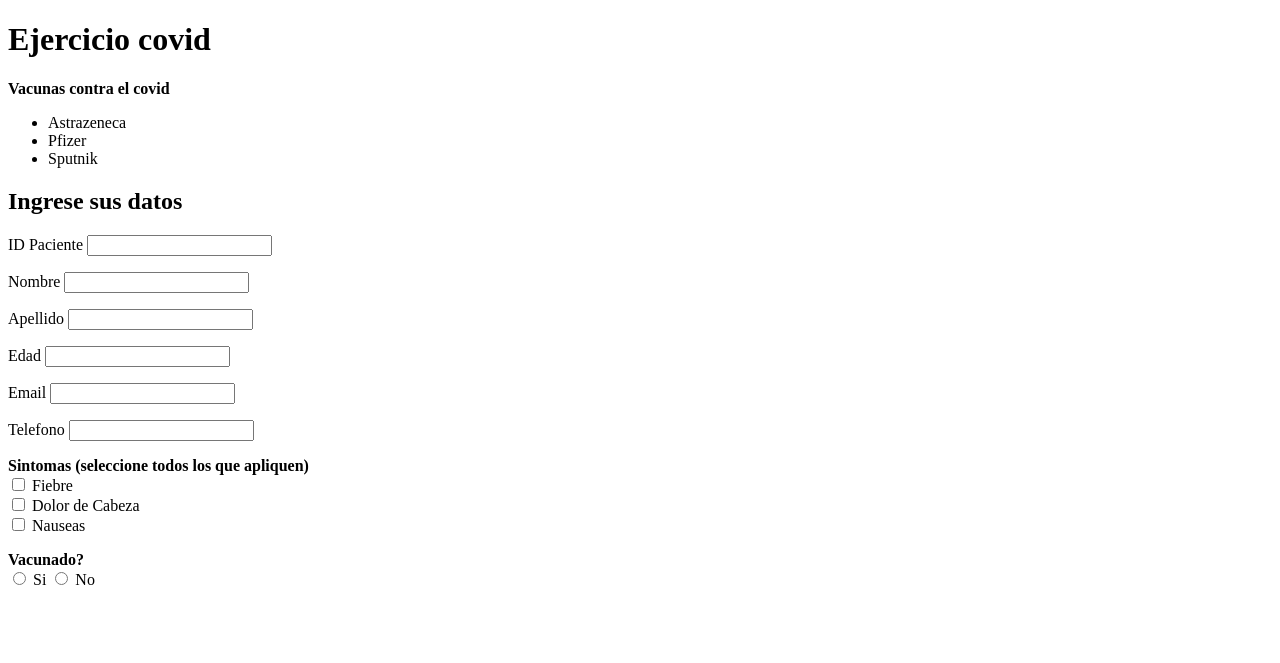
Repository: Divineridh/LPPAChallenges
Page: Trabajos en Clase/ejercicio forms covid/index.html
The author's editor kept a copy of each file at every save. The page is drawn from the files as they stood at one save, then again after the next save.
The browser window is 1280 px wide. The pictures show the whole page.

Above is the page before, as saved 2022-04-19 21:10:37.

### Trabajos en Clase/ejercicio forms covid/index.html
<!DOCTYPE html>
<html lang="en">
<head>
    <meta charset="UTF-8">
    <meta http-equiv="X-UA-Compatible" content="IE=edge">
    <meta name="viewport" content="width=device-width, initial-scale=1.0">
    <title>Formularios covid</title>
</head>
<body>
    <h1>Ejercicio covid</h1>
    <p><b>Vacunas contra el covid</b>
    <ul>
        <li>Astrazeneca</li>
        <li>Pfizer</li>
        <li>Sputnik</li>
    </ul>
    </p>



    <h2>Ingrese sus datos</h2>
    <form>
        <p>
            <label for="idpaciente">ID Paciente</label>
            <input type="text" id="idpaciente" name="idpaciente"><br>
        </p>
        <p>
            <label for="nombre">Nombre</label>
            <input type="text" id="nombre" name="nombre">
        </p>
        <p>
            <label for="apellido">Apellido</label>
            <input type="text" id="apellido" name="apellido"><br>
        </p>
        <p>
            <label for="edad">Edad</label>
            <input type="text" id="edad" name="edad"><br>
        </p>
        <p>
            <label for="email">Email</label>
            <input type="text" id="email" name="email"><br>
        </p>
        <p>
            <label for="telefono">Telefono</label>
            <input type="text" id="telefono" name="telefono"><br>
        </p>
        <p>
            <b>Sintomas (seleccione todos los que apliquen)</b> <br>
            <input type="checkbox" id="fiebre" name="fiebre">
            <label for="fiebre">Fiebre</label> <br>
            <input type="checkbox" id="dolorcabeza" name="dolorcabeza">
            <label for="dolorcabeza">Dolor de Cabeza</label> <br>
            <input type="checkbox" id="nauseas" name="nauseas">
            <label for="nauseas">Nauseas</label>
        </p>
        <p>
            <b>Vacunado?</b> <br>
            <input type="radio" id="sivacuna" name="sivacuna">
            <label for="sivacuna">Si</label>
            <input type="radio" id="novacuna" name="novacuna">
            <label for="novacuna">No</label>
        </p>
    </form>
</body>
</html>

After the next save:
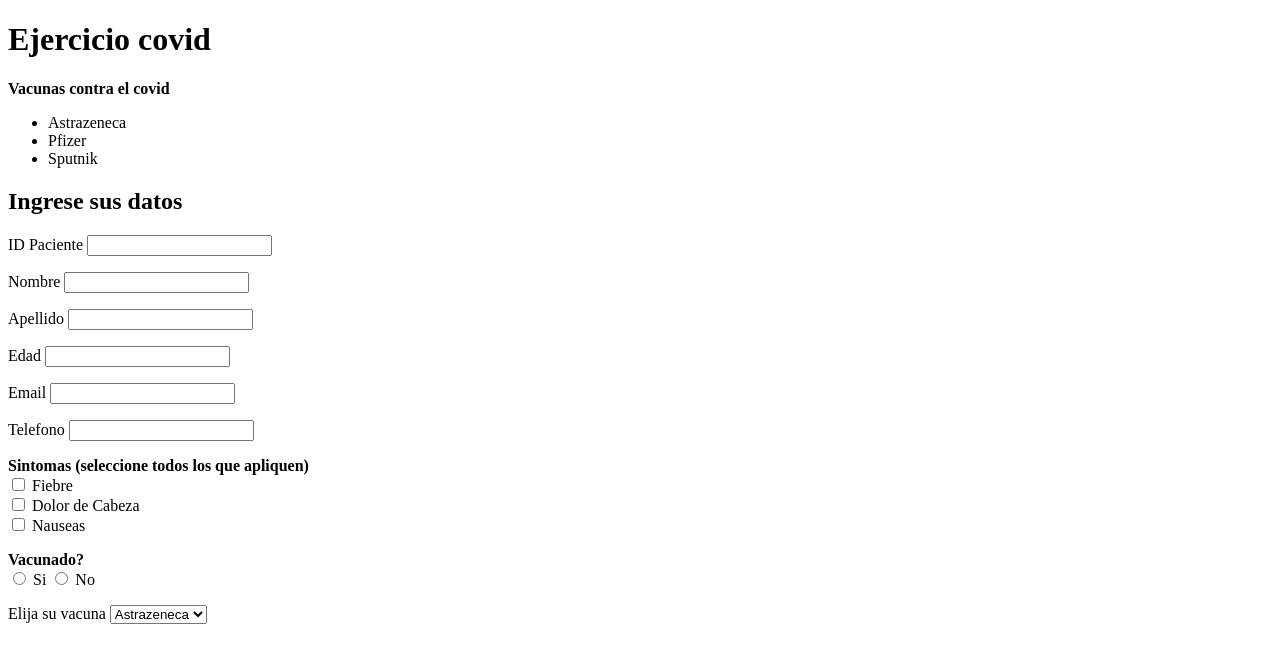
Saved 4 min 10 s later.
--- a/Trabajos en Clase/ejercicio forms covid/index.html
+++ b/Trabajos en Clase/ejercicio forms covid/index.html
@@ -9,8 +9,8 @@
 <body>
     <h1>Ejercicio covid</h1>
     <p><b>Vacunas contra el covid</b>
-    <ul>
-        <li>Astrazeneca</li>
+    <ul name="vacunaslist">
+        <li name="vacuna1">Astrazeneca</li>
         <li>Pfizer</li>
         <li>Sputnik</li>
     </ul>
@@ -60,6 +60,12 @@
             <input type="radio" id="novacuna" name="novacuna">
             <label for="novacuna">No</label>
         </p>
+        <p>Elija su vacuna
+        <select name="vacunas">
+            <option value="vacuna1">Astrazeneca</option>
+            <option value="vacuna2">Pfizer</option>
+            <option value="vacuna3">Sputnik</option>
+        </select>
     </form>
 </body>
 </html>
